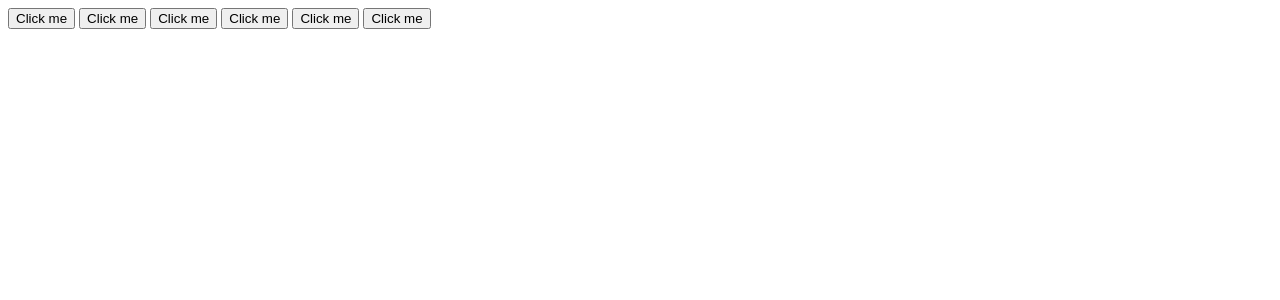
Repository: yuktavyas14/vscode
Page: index.html
These files come from the project's save history. The page is drawn as it stood at one moment and after the next save; the edit follows.
The browser window is 1280 px wide. The pictures show the whole page.

Above is the page before, as saved 2021-06-08 14:16:58.

### index.html
<!DOCTYPE html>
<html lang="en">
<head>
    <meta charset="UTF-8">
    <meta http-equiv="X-UA-Compatible" content="IE=edge">
    <meta name="viewport" content="width=device-width, initial-scale=1.0">
    <title>Form</title>
    <link rel="stylesheet" href="style.css">
</head>
<body>
    <div class="container">
        <div class="btn">
            <button>Click me</button>
            <button>Click me</button>
            <button>Click me</button>
            <button>Click me</button>
            <button>Click me</button>
            <button>Click me</button>

        </div>
    </div>

</body>
</html>

### style.css
.container{
    display: flex;
    align-items: center;
    flex-direction: row;
}

After the next save:
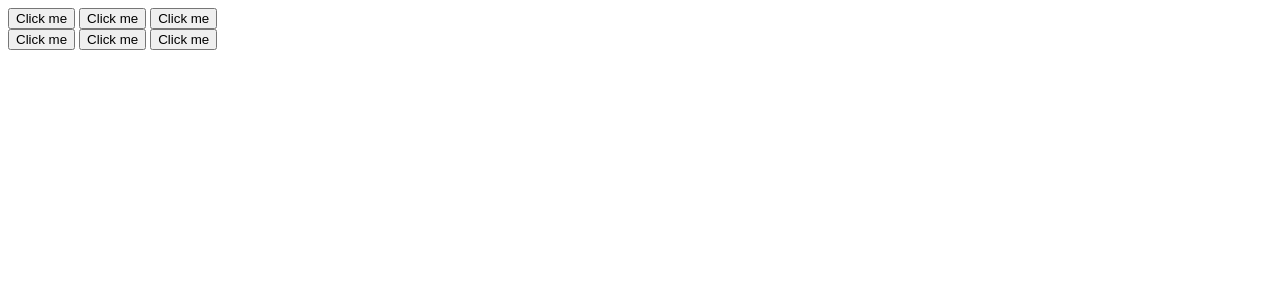
Saved 58 s later.
--- a/style.css
+++ b/style.css
@@ -3,3 +3,9 @@
     align-items: center;
     flex-direction: row;
 }
+
+.btn{
+    height: 10vh;
+    width: 20%;
+
+}

After the save that followed:
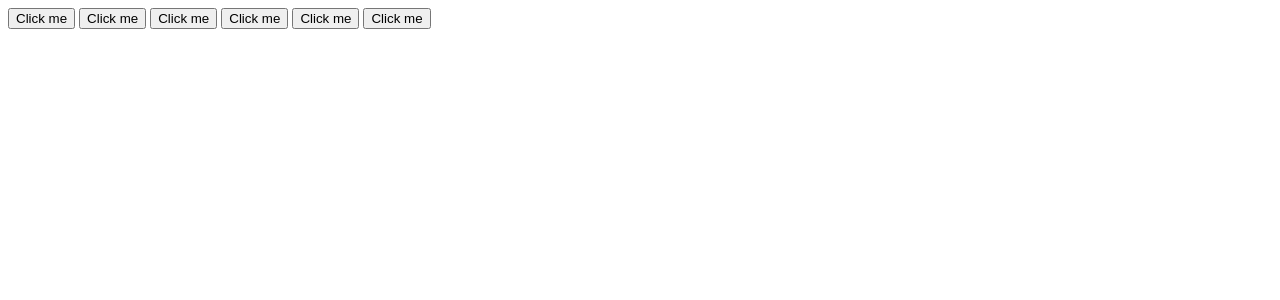
Saved 24 s later.
--- a/style.css
+++ b/style.css
@@ -5,7 +5,4 @@
 }
 
 .btn{
-    height: 10vh;
-    width: 20%;
-
 }
